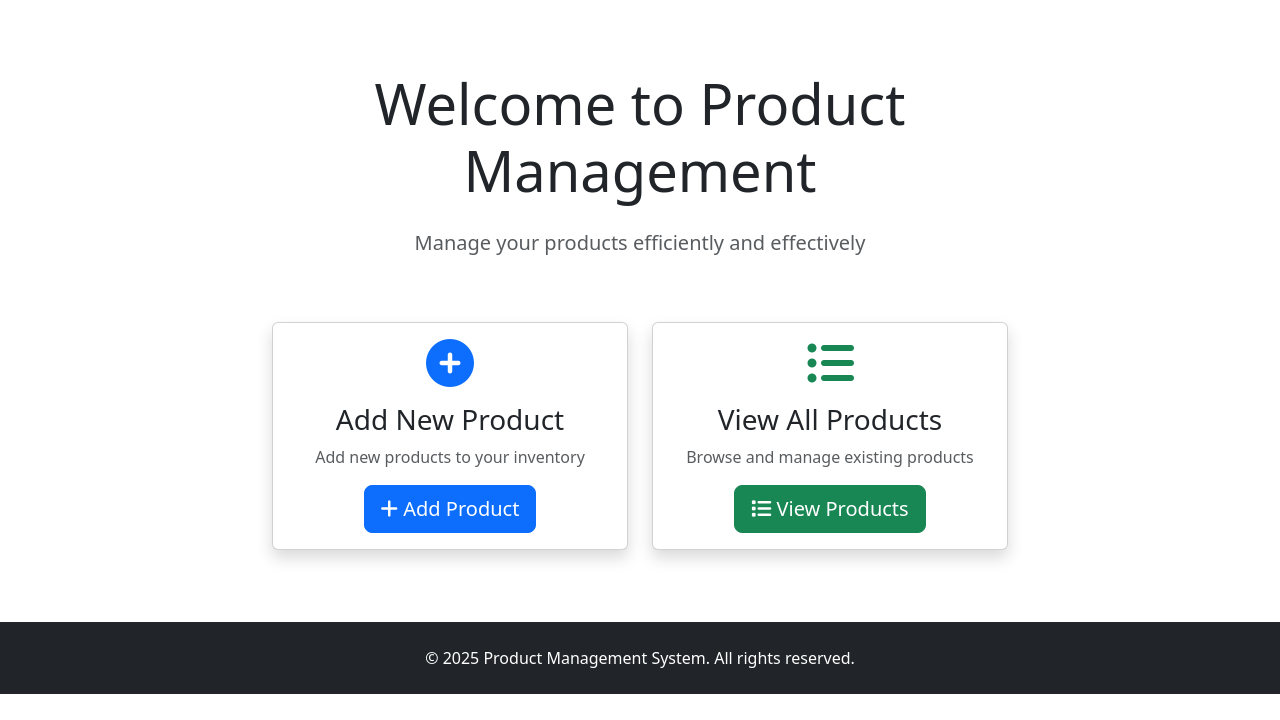
Repository: patramanik/java_ORM_Hibernate
Page: http://localhost/HD20/
The author's editor kept a copy of each file at every save. The page is drawn from the files as they stood at one save, then again after the next save.
The browser window is 1280 px wide. The pictures show the whole page.
The page is served by Tomcat 10.

Above is the page before, as saved 2025-04-16 16:57:09.

After the next save:
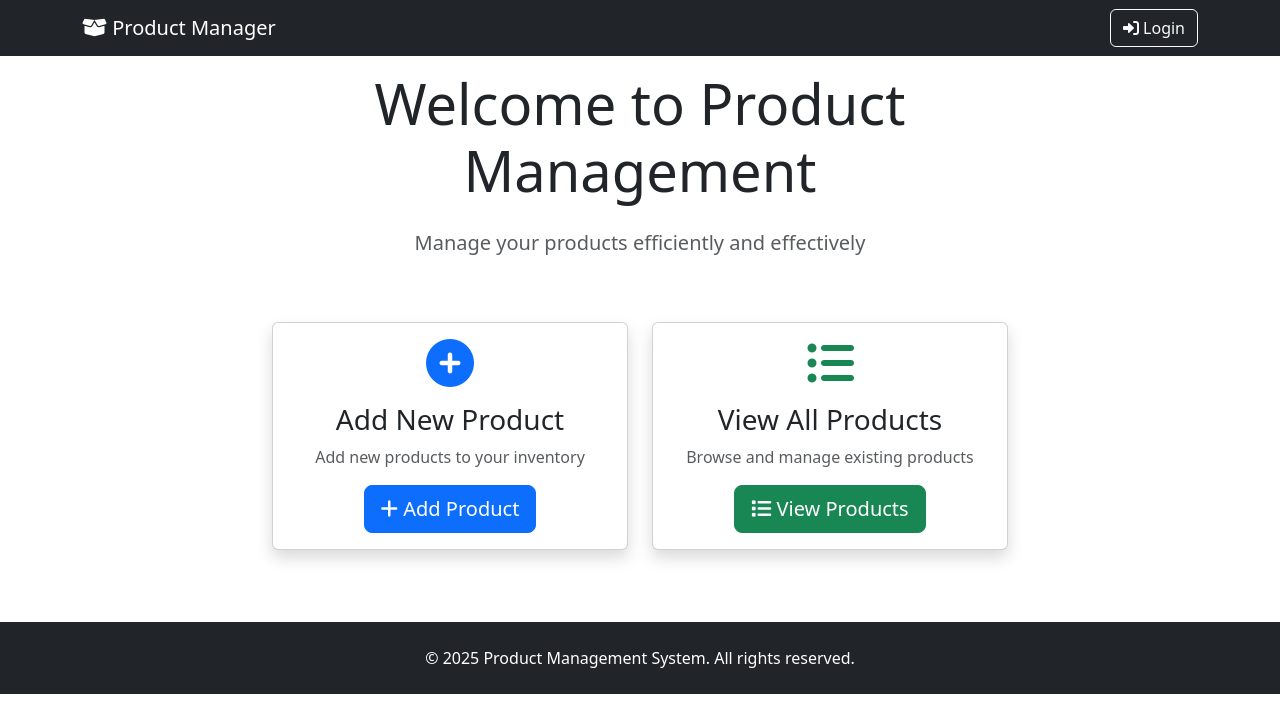
Saved 9 s later.
--- a/HD20/src/main/webapp/index.jsp
+++ b/HD20/src/main/webapp/index.jsp
@@ -21,7 +21,7 @@
 </head>
 <body>
     <!-- Navigation Bar -->
-   <%--  <%@ include file="navbar.jsp" %> --%>
+    <%@ include file="navbar.jsp" %>
    <!--  <nav class="navbar navbar-expand-lg navbar-dark bg-dark fixed-top">
         <div class="container">
             <a class="navbar-brand" href="#">
